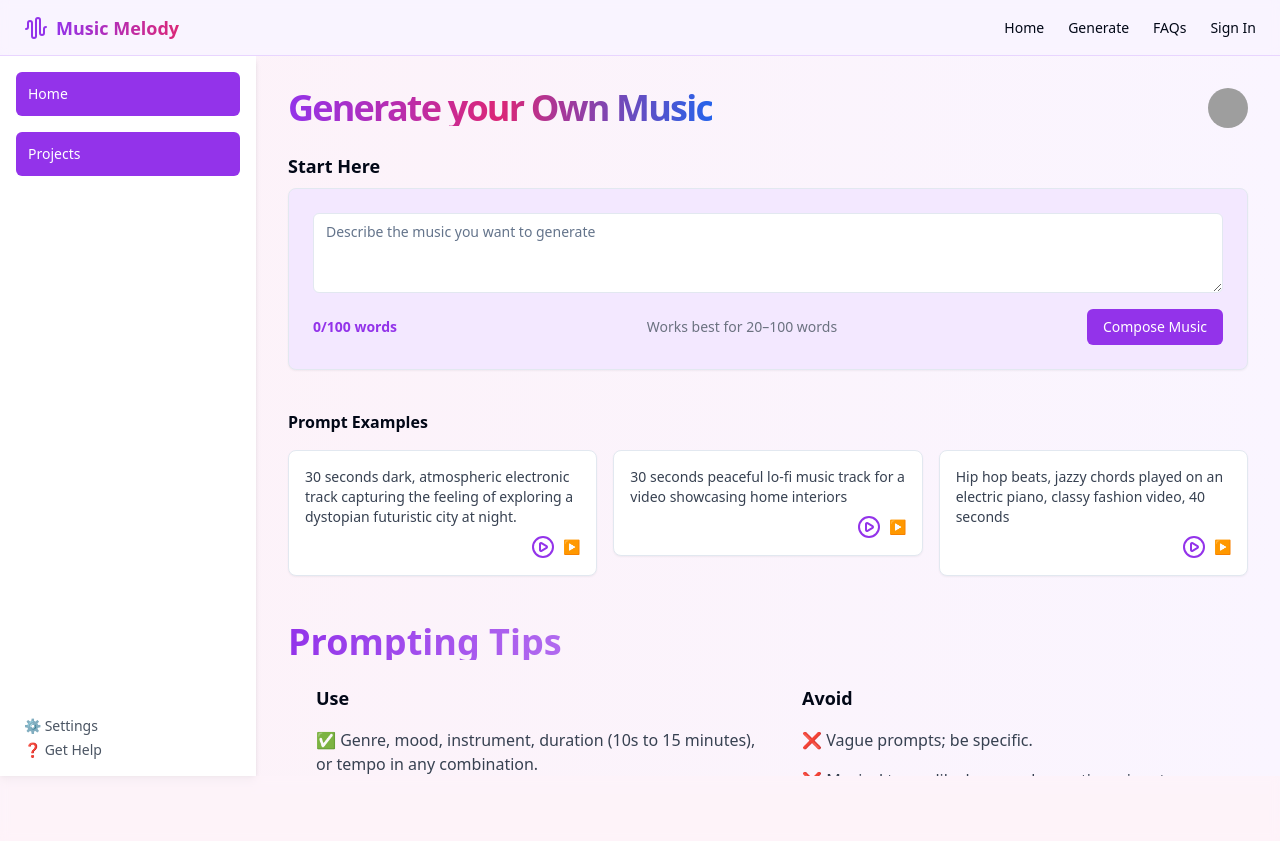
Repository: Aadityakesarwani/musicMelody
Page: /MusicMelodyUI
These files come from the project's save history. The page is drawn as it stood at one moment and after a run of saves; the edit follows.
The browser window is 1280 px wide. The pictures show the whole page.
Pictures or frames that could not be fetched are drawn as grey boxes. An inner scrolling area shows only its first screen. The project was rebuilt for these pictures with package versions that can differ from the ones it lists, and the page was loaded fresh each time. Also part of the build but not shown: vite.config.js, src/components/ui/accordion.jsx, src/components/Faq.jsx, src/components/Hero.jsx, src/components/HowItWorks.jsx, src/context/AuthContext.jsx, src/components/SignIn.jsx, src/components/MusicSection.jsx and 7 more. Imported but missing from the stored project, and not drawn on this page: src/assets/1.mp4, src/assets/2.mp4, src/assets/3.mp4, src/assets/4.mp4, src/assets/5.mp4.

Above is the page before, as saved 2025-04-13 19:24:34.

After the next 2 saves:
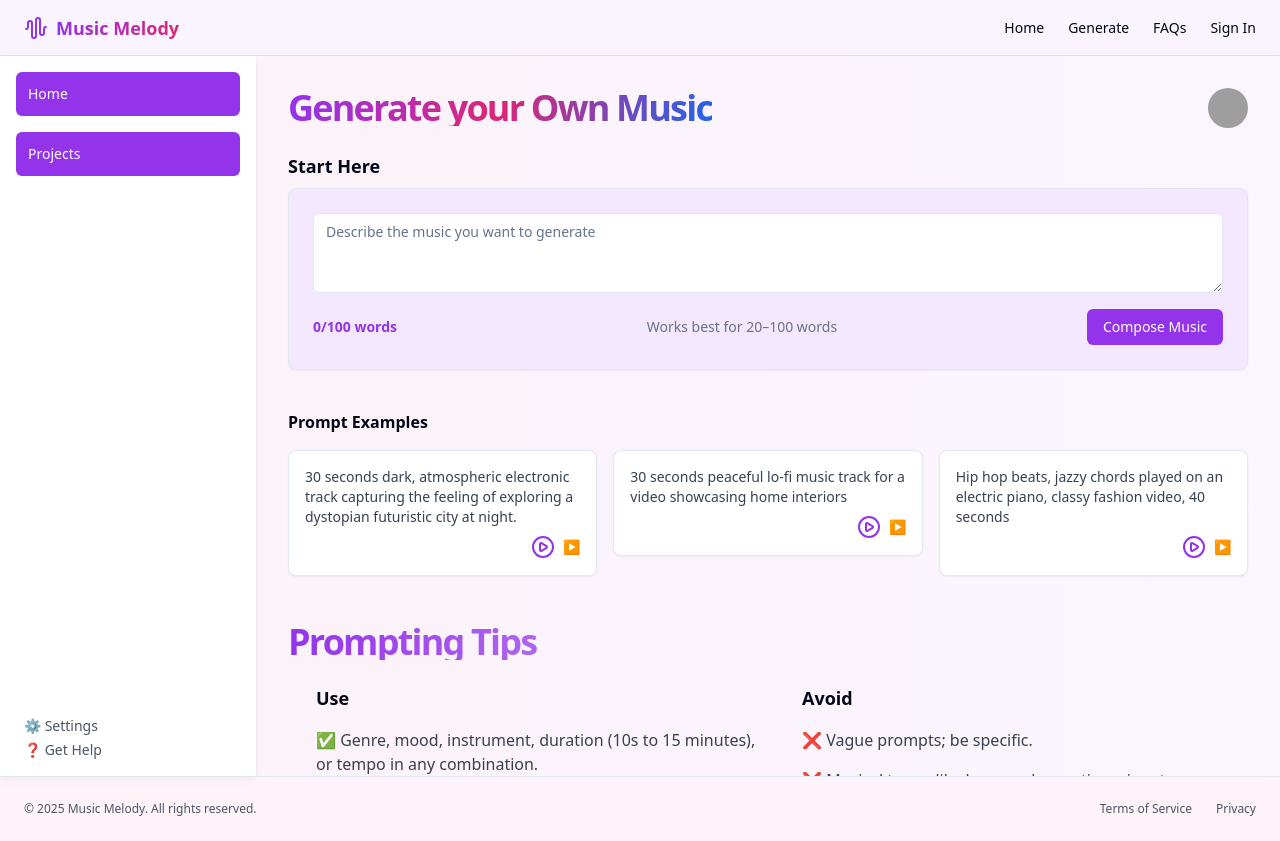
The 2 saves are shown as one change because they came seconds apart.
The last was saved 30 s later.
--- a/src/components/MusicMelodyUI.jsx
+++ b/src/components/MusicMelodyUI.jsx
@@ -97,7 +97,7 @@ export default function MusicMelodyUI() {
 
         {/* Prompting Tips Section */}
         <section className="mt-12  space-y-4 space-x-7 mb-7">
-          <h3 className="text-xl font-bold mb-6 sm:text-2xl md:text-2xl lg:text-4xl/none bg-clip-text text-transparent
+          <h3 className="text-xl font-bold mb-6 font-bold tracking-tighter sm:text-2xl md:text-2xl lg:text-4xl/none bg-clip-text text-transparent
            bg-gradient-to-r from-purple-600 v ">Prompting Tips</h3>
           <div className="grid grid-cols-1 md:grid-cols-2 gap-10">
             {/* Use Column */}
